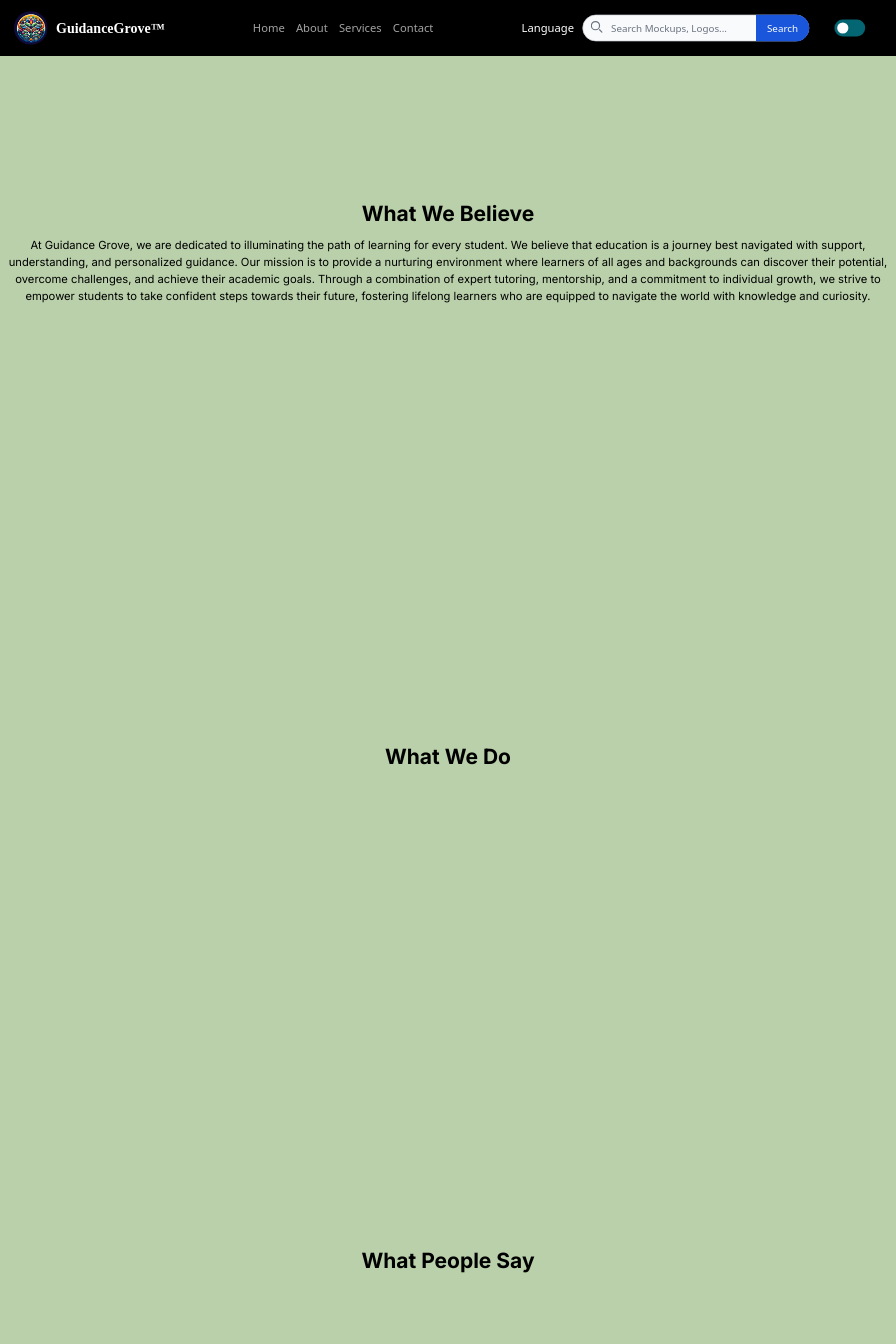
Repository: PositiveGuy/GuidanceGrove
Page: /
An editor plug-in stored every save of this project. The page is shown before and after the next save, followed by the edit.
The browser window is 1280 px wide. The pictures show the part of the page from y = 0 to 1920 px (the page is 3874 px tall), at 70% of full size.
The project was rebuilt for these pictures with package versions that can differ from the ones it lists, and the page was loaded fresh each time. The framework's server and built-in components were replaced by stand-ins that run in the browser. Also part of the build but not shown: next.config.js.

Above is the page before, as saved 2023-12-28 15:37:00.

### src/app/layout.tsx
import React from 'react';
import Header from '../components/header';
import Footer from '../components/footer';
import { Inter } from 'next/font/google';
import './globals.css';
import { ThemeContextProvider } from '@/context/ThemeContext';
import ThemeProvider from '@/providers/ThemeProvider';
import ThemeWrapper from '@/components/ThemeWrapper';

//font
const inter = Inter({ subsets: ['latin'] });



//header and footer layout
const RootLayout = ({ children }: { children: React.ReactNode }) => {
  return (
    <html lang='en'>
      <body>
        <ThemeContextProvider>
          <ThemeProvider>
            <Header />
            <ThemeWrapper>
              <main className={inter.className}>{children}</main>
            </ThemeWrapper>
            <Footer />
          </ThemeProvider>
        </ThemeContextProvider>
      </body>
    </html>
  );
};

export default RootLayout;

### src/app/page.tsx
import React from 'react';
//components import
import BelieveSection from '../components/BelieveSection';
import ServicesSection from '../components/ServicesSection';
import TestimonialsSection from '../components/TestimonialsSection';
import CallToActionSection from '../components/CallToActionSection';
import ContactSection from '../components/ContactSection';


//page layout
const Page = () => {
  return (
    <>
      <BelieveSection />
      <ServicesSection />
      <TestimonialsSection />
      <CallToActionSection />
      <ContactSection />
    </>
  );
};

export default Page;

### src/components/header.tsx
"use client"
import { useState } from "react";
import MobileNavigation from "./MobileNavigation";
import ThemeToggle from "./ThemeToggle";
import SearchBar from "./SearchBar";


const Header = () => {

  return (
    <>
      <nav className="hidden fixed z-50 w-full h-20 lg  lg:flex justify-between items-center p-5 bg-black">
        {/* Left Side: Logo and GuidanceGrove™ */}
        <div className="flex items-center space-x-3">
          <img src="/Logo/guidance-grove-logo.png" alt="Guidance Grove Logo" className="h-12 w-12 rounded-full" />
          <div className="text-xl font-caveat font-bold text-white">
            GuidanceGrove™
          </div>
        </div>

        {/* Center: Navigation Links */}
        <div>
          <ul className="hidden lg:flex space-x-4">
            <li><a href="/" className="text-neutral-400 hover:text-white">Home</a></li>
            <li><a href="/about" className="text-neutral-400 hover:text-white">About</a></li>
            <li><a href="/services" className="text-neutral-400 hover:text-white">Services</a></li>
            <li><a href="/contact" className="text-neutral-400 hover:text-white">Contact</a></li>
          </ul>
        </div>

        {/* Right Side: Placeholders for Language, Search, and Dark Mode Toggle */}
        <div className="flex items-center space-x-3">
          <div className="text-white">Language</div>
          <SearchBar />
          <ThemeToggle />
        </div>
      </nav>

      {/*Mobile Navbar*/}
      <MobileNavigation />


    </>
  );
};

export default Header;

### src/components/footer.tsx
import Image from "next/image";

const Footer = () => {
  return (
    <footer className="p-5 bg-black shadow-inner text-center">
      <div className="flex justify-center space-x-8 mt-10">
        {/* Placeholder for social icons */}
        <Image src={"/SVGs/ig.svg"} width={50} height={50} alt="ig"></Image>
        <Image src={"/SVGs/fb.svg"} width={50} height={50} alt="fb"></Image>
        <Image src={"/SVGs/tw.svg"} width={50} height={50} alt="tw"></Image>
        <Image src={"/SVGs/wa.svg"} width={50} height={50} alt="wa"></Image>
        <Image src={"/SVGs/yt.svg"} width={50} height={50} alt="in"></Image>
      </div>

      <div className="flex justify-center space-x-1 mb-10 text-teal-50">
        <div className="mt-20">
          ©2023; designed with love and care by
        </div>
        <div className="mt-20 font-caveat">
          GuidanceGrove™
        </div>
      </div>
    </footer>
  );
};
//make GuidanceGrove in font Caveat
export default Footer;

### src/app/globals.css
@tailwind base;
@tailwind components;
@tailwind utilities;

:root {
  --foreground-rgb: 0, 0, 0;
  --background-start-rgb: 214, 219, 220;
  --background-end-rgb: 255, 255, 255;
}

@media (prefers-color-scheme: dark) {
  :root {
    --foreground-rgb: 255, 255, 255;
    --background-start-rgb: 0, 0, 0;
    --background-end-rgb: 0, 0, 0;
  }
}

body {
  color: rgb(var(--foreground-rgb));
  background: linear-gradient(
      to bottom,
      transparent,
      rgb(var(--background-end-rgb))
    )
    rgb(var(--background-start-rgb));
}

.custom-shadow {
    box-shadow: 0 2px 4px rgba(0, 0, 0, 0.2);
}

### src/context/ThemeContext.tsx
"use client"
import { createContext, useState, ReactNode, useEffect } from "react"

interface ChildrenProps {
    children: ReactNode
}

interface ThemeContextType {
    theme: string
    toggle: () => void
}

// This component is responsible to registering and remembering what theme was chosen by the user
// we use local storage for that
export const ThemeContext = createContext<ThemeContextType>({
    theme: "light",
    toggle: () => { },
})

function getFromLocalStorage() {
    if (typeof window === "undefined") {
        return "light";
    }
    const storedTheme = localStorage.getItem("theme");
    console.log("Initial theme from localStorage:", storedTheme); // Debug log
    return storedTheme || "light";
}


export const ThemeContextProvider = ({ children }: ChildrenProps) => {
    const [theme, setTheme] = useState<string>(getFromLocalStorage)

    // since next.js uses server side rendering, we must specify if the transition to client is completed
    const toggle = () => {
        setTheme(prevTheme => prevTheme === "light" ? "dark" : "light");
    };



    useEffect(() => {
        console.log("Updating theme in localStorage to:", theme); // Debug log
        localStorage.setItem("theme", theme);
    }, [theme]);



    return <ThemeContext.Provider value={{ theme, toggle }}>{children}</ThemeContext.Provider>
}

### src/providers/ThemeProvider.tsx
"use client"

import { ThemeContext } from "@/context/ThemeContext"
import { useState, useEffect, useContext, ReactNode } from "react"


interface ChildrenProps {
    children: ReactNode
}

// this component is created to keep the layout/page as server side rendered.
// useContext() requires you to have "use client"

export default function ThemeProvider({ children }: ChildrenProps) {
    const { theme } = useContext(ThemeContext)
    const [mounted, setMounted] = useState(false)

    useEffect(() => {
        setMounted(true)
    }, [])

    if (mounted) {
        return <div className={theme}>{children}</div>
    }
    return <div className={theme}>{children}</div>
}

### src/components/ThemeWrapper.tsx
"use client"
import React, { useContext } from 'react';
import { ThemeContext } from '@/context/ThemeContext';

const ThemeWrapper = ({ children }: { children: React.ReactNode }) => {
    const { theme } = useContext(ThemeContext);

    return (
        <div className={`${theme === "light" ? " bg-sage text-black" : "bg-gray-700 text-slate-400"}`}>
            {children}
        </div>
    );
};

export default ThemeWrapper;

### src/components/BelieveSection.tsx
"use client"
import { ThemeContext } from "@/context/ThemeContext";
import { useContext } from "react";

const BelieveSection = () => {
  const { theme } = useContext(ThemeContext)
  return (
    <div id="believe" className={`h-screen flex items-center justify-center`}>
      <div className="text-center">
        <h2 className="text-3xl font-bold">What We Believe</h2>
        <p className="mt-4">At Guidance Grove, we are dedicated to illuminating the path of learning for every student.
          We believe that education is a journey best navigated with support, understanding, and personalized guidance.
          Our mission is to provide a nurturing environment where learners of all ages and backgrounds
          can discover their potential, overcome challenges, and achieve their academic goals.
          Through a combination of expert tutoring, mentorship, and a commitment to individual growth,
          we strive to empower students to take confident steps towards their future,
          fostering lifelong learners who are equipped to navigate the world with knowledge and curiosity.</p>
      </div>
    </div>
  );
};

export default BelieveSection;

### src/components/ServicesSection.tsx
"use client"
import { ThemeContext } from "@/context/ThemeContext";
import { useContext } from "react";

const ServicesSection = () => {
  const { theme } = useContext(ThemeContext)
  return (
    <div id="services" className={`h-screen flex items-center justify-center  `}>
      <div className="text-center">
        <h2 className="text-3xl font-bold">What We Do</h2>
        {/* Add service details here */}
      </div>
    </div>
  );
};

export default ServicesSection;

### src/components/TestimonialsSection.tsx
"use client"
import { ThemeContext } from "@/context/ThemeContext";
import { useContext } from "react";

const TestimonialsSection = () => {
  const { theme } = useContext(ThemeContext)
  return (
    <div id="testimonials" className={`h-screen flex items-center justify-center   `}>
      <div className="text-center">
        <h2 className="text-3xl font-bold">What People Say</h2>
        {/* Add testimonials here */}
      </div>
    </div>
  );
};

export default TestimonialsSection;

### src/components/CallToActionSection.tsx
"use client"
import { ThemeContext } from "@/context/ThemeContext";
import { useContext } from "react";

const CallToActionSection = () => {
  const { theme } = useContext(ThemeContext)
  return (
    <div id="cta" className={`h-screen flex items-center justify-center  `}>
      <div className="container mx-auto px-4 sm:px-6 lg:px-8">
        <div className="flex flex-wrap -mx-4 items-center">
          <div className="text-left lg:w-1/2 px-4 mb-4 lg:mb-0">
            <h2 className="text-5xl font-bold">Payments tool for software companies</h2>
            <p className="mt-2 text-lg">From checkout to global sales tax compliance, companies around the world use Flowbite to simplify their payment stack.</p>
            <button className="mt-4 bg-blue-500 text-white py-2 px-4 rounded hover:bg-blue-700">
              Get started ➤
            </button>
          </div>
          <div className="lg:w-1/2 px-4 flex justify-center lg:justify-end">
            <img src="DALLE/career.png" alt="Software Payment Tool" className="object-contain lg:object-cover h-80 w-full lg:w-auto rounded-lg shadow-lg" />
          </div>
        </div>
      </div>
    </div>
  );
};

export default CallToActionSection;

### src/components/ContactSection.tsx
"use client"
import { ThemeContext } from "@/context/ThemeContext";
import { useContext } from "react";

const ContactSection = () => {
  const { theme } = useContext(ThemeContext)
  return (
    <div id="contact" className={`h-screen flex items-center justify-center  `}>
      <div className="text-center">
        <h2 className="text-3xl font-bold">Contact Us</h2>
        {/* Add contact form or information here */}
      </div>
    </div>
  );
};

export default ContactSection;

### src/components/MobileNavigation.tsx
import { Navbar } from 'flowbite-react';
import Link from 'next/link';
import { useState } from 'react';
import ThemeToggle from './ThemeToggle';
import SearchBar from './SearchBar';

export default function MobileNavigation() {


    return (
        <Navbar className='lg:hidden flex   w-full h-20 justify-between items-center p-5 bg-black fixed z-50'       >

            <div className="flex items-center space-x-3">
                <img src="/Logo/guidance-grove-logo.png" alt="Guidance Grove Logo" className="h-12 w-12 rounded-full" />

            </div>

            <div className='flex'>
                <div className='hidden'>
                    <SearchBar />
                </div>
                <ThemeToggle />
                <Navbar.Toggle className='bg-black' />
                <Navbar.Collapse className='bg-white absolute top-[5rem]'>
                    <SearchBar />
                    <Navbar.Link href="#">Home</Navbar.Link>
                    <Navbar.Link href="#">About</Navbar.Link>
                    <Navbar.Link href="#">Service</Navbar.Link>
                    <Navbar.Link href="#">Contact</Navbar.Link>
                    <Navbar.Link href="#">Language</Navbar.Link>
                </Navbar.Collapse>
            </div>
        </Navbar>
    );
}

### src/components/ThemeToggle.tsx
"use client"
import { useContext } from 'react'
import { Switch } from '@headlessui/react'
import { ThemeContext } from '@/context/ThemeContext'

export default function Example() {
    const { toggle, theme } = useContext(ThemeContext)

    // Determine if the switch should be on or off based on the current theme
    const isDarkMode = theme === 'dark'

    return (
        <div className="flex items-center justify-center p-6"> {/* Adjusted for centering */}
            <Switch
                checked={isDarkMode}
                onChange={toggle} // Use the toggle function from context
                className={`${isDarkMode ? 'bg-teal-900' : 'bg-teal-700'}
                    relative inline-flex items-center h-6 rounded-full w-11 transition-colors focus:outline-none`}
            >
                <span className="sr-only">Toggle theme</span>
                <span
                    aria-hidden="true"
                    className={`${isDarkMode ? 'translate-x-6' : 'translate-x-1'}
                        inline-block w-4 h-4 transform bg-white rounded-full transition-transform`}
                />
            </Switch>
        </div>
    )
}

### src/components/SearchBar.tsx
export default function SearchBar() {
    return (
        <form className="flex items-center">
            <div className="relative w-full">
                {/* Search Icon */}
                <div className="absolute inset-y-0 left-0 flex items-center pl-3">
                    <svg className="w-5 h-5 text-gray-500 dark:text-gray-400" xmlns="http://www.w3.org/2000/svg" fill="none" viewBox="0 0 24 24" stroke="currentColor">
                        <path strokeLinecap="round" strokeLinejoin="round" strokeWidth={2} d="M19 19l-4-4m0-7A7 7 0 1 1 1 8a7 7 0 0 1 14 0z" />
                    </svg>
                </div>

                {/* Input Field */}
                <input
                    type="search"
                    id="default-search"
                    className="block w-full pl-10 pr-20 text-sm text-gray-900 border border-gray-300 rounded-full bg-gray-50 focus:ring-blue-500 focus:border-blue-500 dark:bg-gray-700 dark:border-gray-600 dark:placeholder-gray-400 dark:text-white dark:focus:ring-blue-500 dark:focus:border-blue-500"
                    placeholder="Search Mockups, Logos..."
                    required
                />

                {/* Search Button */}
                <button type="submit" className="text-white absolute right-0 top-0 bottom-0 bg-blue-700 hover:bg-blue-800 focus:ring-4 focus:outline-none focus:ring-blue-300 font-medium rounded-r-full text-sm px-4 py-2 dark:bg-blue-600 dark:hover:bg-blue-700 dark:focus:ring-blue-800">Search</button>
            </div>
        </form>
    );
}

### tailwind.config.ts
import type { Config } from 'tailwindcss'

const config: Config = {
  content: [
    "./node_modules/flowbite-react/lib/**/*.js",
    './src/pages/**/*.{js,ts,jsx,tsx,mdx}',
    './src/components/**/*.{js,ts,jsx,tsx,mdx}',
    './src/app/**/*.{js,ts,jsx,tsx,mdx}',
  ],
  theme: {
    extend: {
      backgroundImage: {
        'gradient-radial': 'radial-gradient(var(--tw-gradient-stops))',
        'gradient-conic':
          'conic-gradient(from 180deg at 50% 50%, var(--tw-gradient-stops))',

      },
      colors: {
        sage: '#B9D0AA',
      },

      fontFamily: {
        caveat: ['Caveat', 'cursive'],
      },

    },

  },
  plugins: [
    require("flowbite/plugin")
  ],
}
export default config

After the next save:
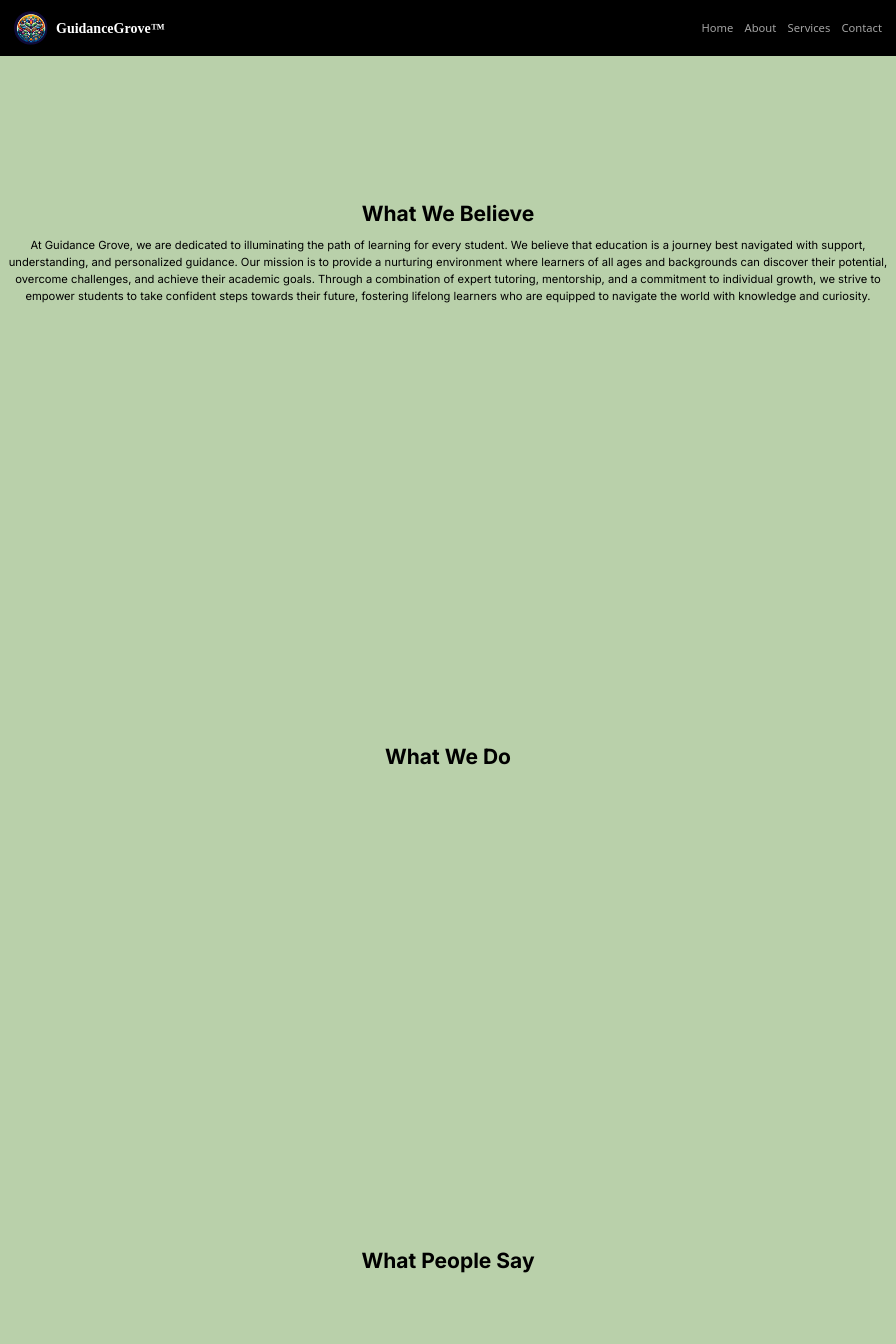
Saved 31 s later.
--- a/src/components/header.tsx
+++ b/src/components/header.tsx
@@ -29,11 +29,7 @@
         </div>
 
         {/* Right Side: Placeholders for Language, Search, and Dark Mode Toggle */}
-        <div className="flex items-center space-x-3">
-          <div className="text-white">Language</div>
-          <SearchBar />
-          <ThemeToggle />
-        </div>
+
       </nav>
 
       {/*Mobile Navbar*/}

After the save that followed:
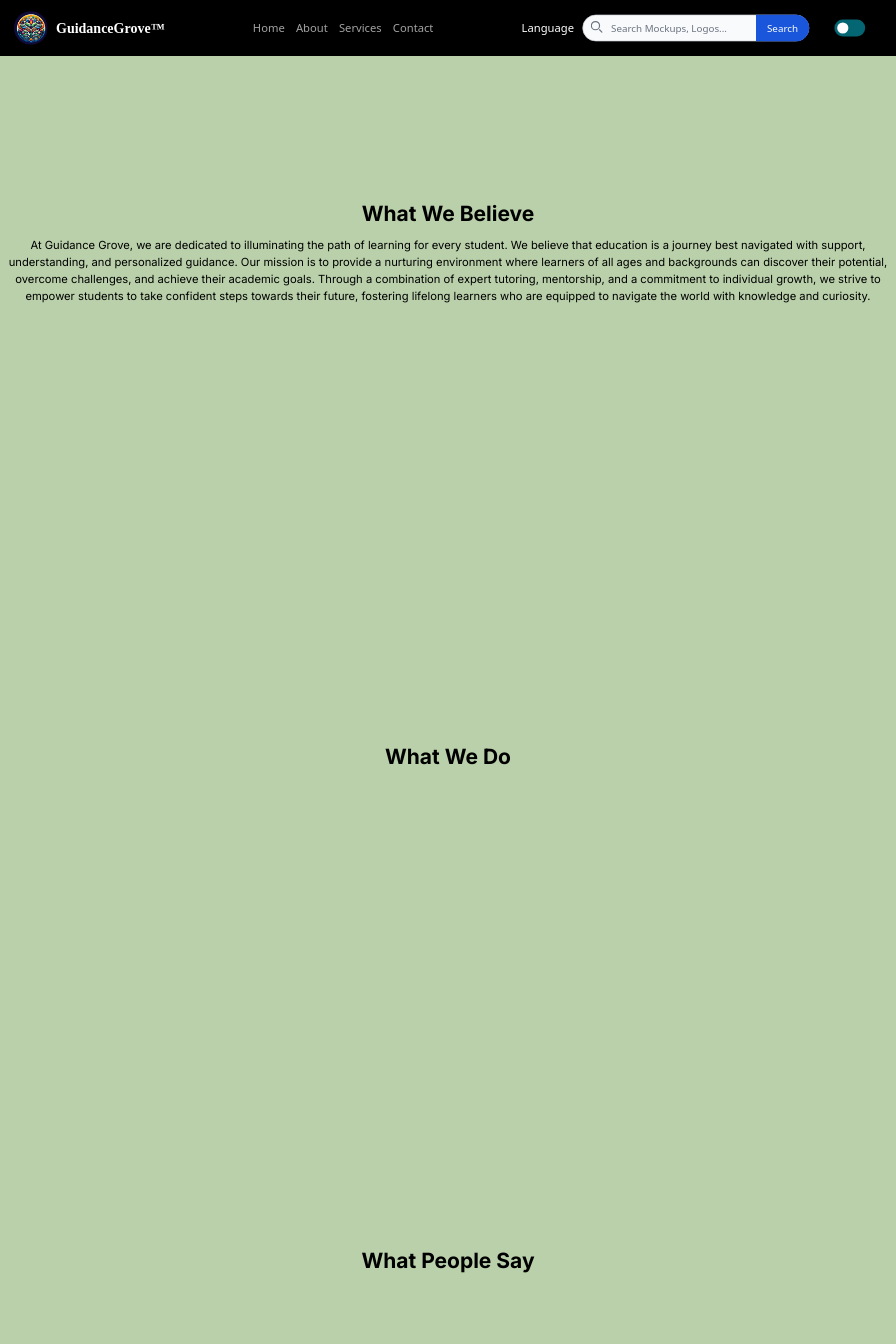
Saved 26 s later.
--- a/src/components/header.tsx
+++ b/src/components/header.tsx
@@ -29,7 +29,11 @@
         </div>
 
         {/* Right Side: Placeholders for Language, Search, and Dark Mode Toggle */}
-
+        <div className="flex items-center space-x-3">
+          <div className="text-white">Language</div>
+          <SearchBar />
+          <ThemeToggle />
+        </div>
       </nav>
 
       {/*Mobile Navbar*/}
